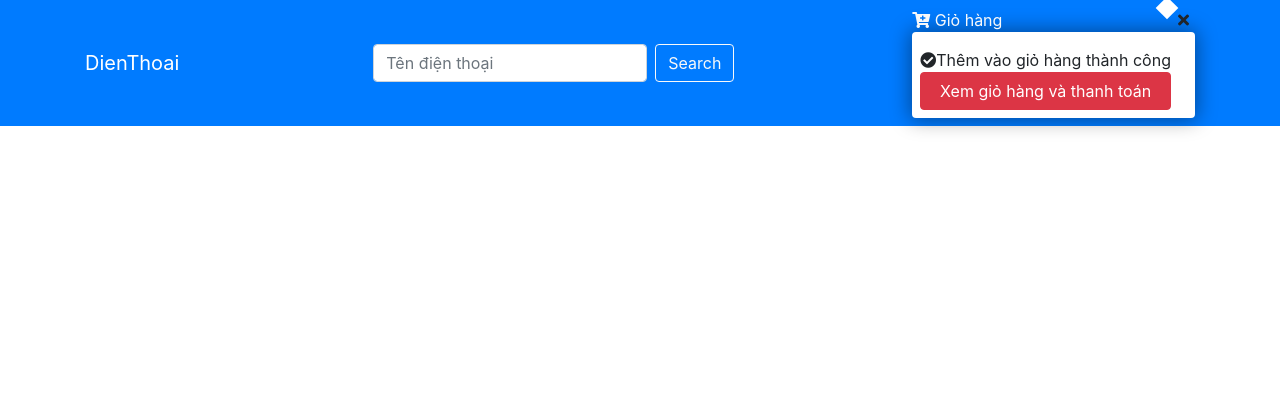
Repository: dovanthao2404/BC14_Bai_Tap_Ban_Dien_Thoai_dovanthao
Page: app/views/index.html
These files come from the project's save history. The page is drawn as it stood at one moment and after the next save; the edit follows.
The browser window is 1280 px wide. The pictures show the whole page.
Some web libraries are served in a nearby version. The style sheet was rebuilt from its Sass, Less or Tailwind sources for each picture, by a compiler version that may differ from the author's.

Above is the page before, as saved 2021-08-14 16:19:09.
Console error (its wording comes from the project's code and is left out).

After the next save:
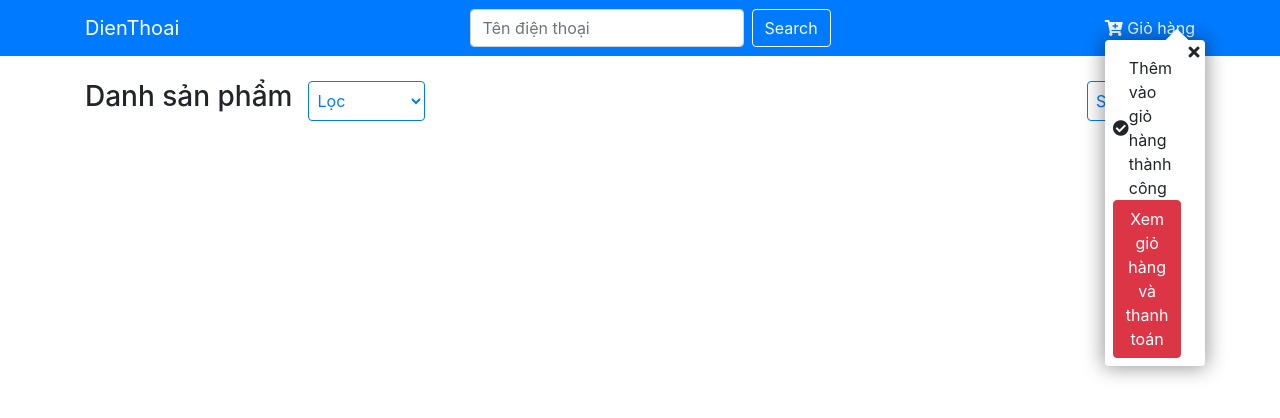
Saved 76 s later.
--- a/assets/scss/main.scss
+++ b/assets/scss/main.scss
@@ -25,7 +25,7 @@
 }
 .notifiSuccess {
   // z-index: 90;
-  // position: absolute;
+  position: absolute;
   box-shadow: 0 0 20px 2px rgba(0, 0, 0, 0.4);
   &:before {
     content: "";
